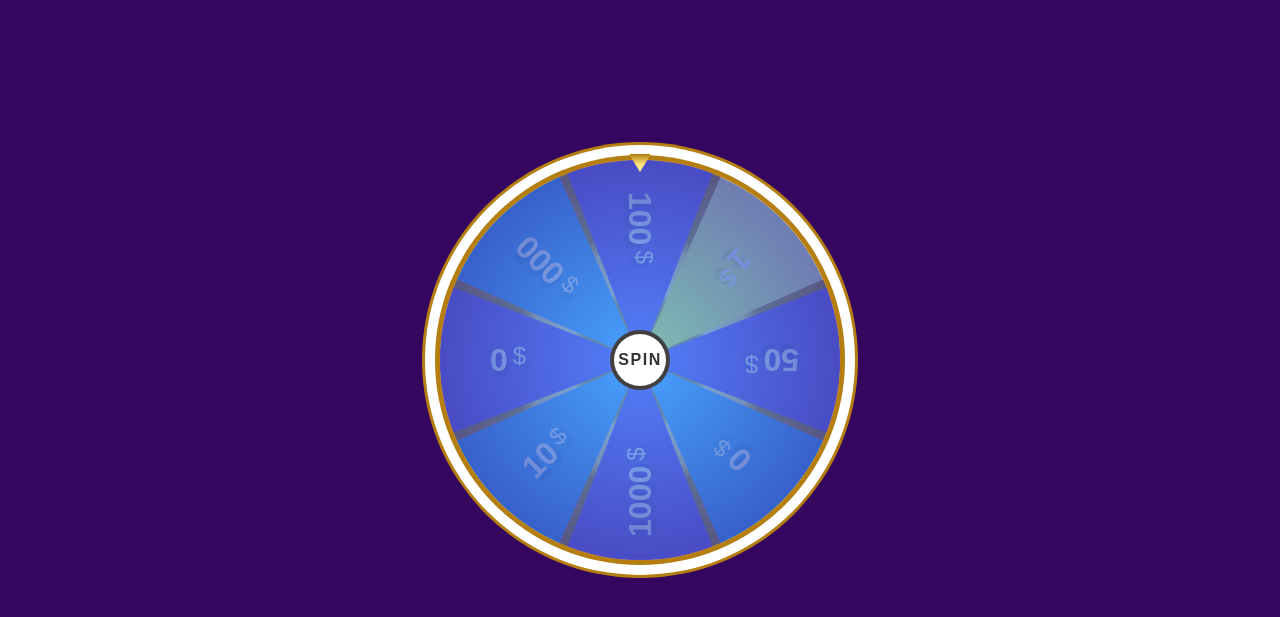
Repository: Jacques-Jaki-Morkel/FundedMarketplace_WheelofFortune
Page: index.html
An editor plug-in stored every save of this project. The page is shown before and after the next save, followed by the edit.
The browser window is 1280 px wide. The pictures show the whole page.

Above is the page before, as saved 2025-08-14 13:21:41.

### index.html
<!DOCTYPE html>
<html lang="en">

<head>
    <meta charset="UTF-8">
    <meta name="viewport" content="width=device-width, initial-scale=1.0">
    <title>Wheel of Fortune - Funded Marketplace</title>
    <link rel="stylesheet" href="styles.css">
</head>

<body>
    <div class="container">
        <div class="spinBtn">
            SPIN
        </div>
        <div class="wheel">
            <span></span>
            <div class="number" style=" --i:1 ;">
                <span>100</span>
            </div>
            <div class="number" style=" --i:2 ;--clr2: linear-gradient(var(--angle), white, yellow);">
                <span>1</span>
            </div>
            <div class="number" style=" --i:3 ;">
                <span>50</span>
            </div>
            <div class="number" style=" --i:4 ;--clr2: linear-gradient(var(--angle), #8b72e7 0%, #48a4ff 7%, #48a4ff 89%,  #3638ad 100%);">
                <span>0</span>
            </div>
            <div class="number" style=" --i:5 ;">
                <span>1000</span>
            </div>
            <div class="number" style=" --i:6 ;--clr2: linear-gradient(var(--angle), #8b72e7 0%, #48a4ff 7%, #48a4ff 89%,  #3638ad 100%);">
                <span>10</span>
            </div>
            <div class="number" style=" --i:7 ;">
                <span>0</span>
            </div>
            <div class="number" style=" --i:8 ;--clr2: linear-gradient(var(--angle), #8b72e7 0%, #48a4ff 7%, #48a4ff 89%,  #3638ad 100%);">
                <span>000</span>
            </div>
        </div>
    <div>
    <script src="script.js"></script>
</body>

</html>

### styles.css
* {
    margin: 0;
    padding: 0;
    box-sizing: border-box;
    font-family: 'Poppins', sans-serif;
}

body {
    display: flex;
    justify-content: center;
    align-items: center;
    min-height: 100vh;
    background: rgb(52, 6, 96);
}

.container {
    position: relative;
    width: 400px;
    height: 400px;
    display: flex;
    justify-content: center;
    align-items: center;
}

.container .spinBtn {
    position: absolute;
    width: 60px;
    height: 60px;
    background: #fff;
    border-radius: 50%;
    z-index: 10;
    display: flex;
    justify-content: center;
    align-items: center;
    text-transform: uppercase;
    font-weight: 600;
    color: #333;
    letter-spacing: 0.1em;
    border: 4px solid rgba(0, 0, 0, 0.75);
    cursor: pointer;
    user-select: none;
}

.container .spinBtn::before {
    content: '';
    position: absolute;
    top: -180px;
    width: 20px;
    transform: rotate(180DEG);
    height: 30px;
    background: linear-gradient(#b57e10  ,#fff3a6 , #f9df7b , #b57e10 );
    clip-path: polygon(50% 40%, -5% 100%, 105% 100%);
}

.container .wheel {
    position: absolute;
    top: 0;
    left: 0;
    width: 100%;
    height: 100%;
    background: radial-gradient(#b57e10 20% ,#fff3a6  25%, #f9df7b 39%, #b57e10 45%);
    border-radius: 50%;
    overflow: hidden;
    box-shadow: 0 0 0 5px #b57e10,
        0 0 0 15px #fff,
        0 0 0 18px #b57e10;

}
/* Gradient overlay rings */
.container .wheel::before,
.container .wheel::after {
    content: "";
    position: absolute;
    inset: 0; /* fills the wheel */
    border-radius: 50%;
    pointer-events: none;
}

.container .wheel::before {
    background: radial-gradient(circle, rgba(181, 126, 16, 0.7) 20%, rgba(255, 243, 166, 0) 25%, rgba(249, 223, 123, 0.7) 39%, rgba(181, 126, 16, 0.7) 45%);
}

.container .wheel::after {
    background: radial-gradient(circle, rgba(72, 164, 255, 0.7) 0%, rgba(45, 51, 166, 0.7) 84%, rgba(72, 164, 255, 0.7) 100%);
}

.container .wheel .number {
    position: absolute;
    width: 50%;
    height: 50%;
    background:var(--clr2, linear-gradient(var(--angle), #8b72e7, #6b2df0));
    --angle: 140deg;
    transform-origin: bottom right;
    transform: rotate(calc(45deg * var(--i)));
    clip-path: polygon(0 0, 56% 0, 100% 100%, 0 56%);
    display: flex;
    justify-content: center;
    align-items: center;
    user-select: none;
    cursor: pointer;
}

.container .wheel .number span {
    position: relative;
    transform: rotate(45deg);
    color: #fff;
    font-size: 2em;
    font-weight: 700;
    text-shadow: 3px 5px 2px rgba(0, 0, 0, 0.15);
}

.container .wheel .number span::after {
    content: '$';
    padding-left: 5px;
    position: absolute;
    font-size: 0.75em;
    font-weight: 500;
}

### script.js
const wheel = document.querySelector('.wheel');
const spinButton = document.querySelector('.spinBtn');
const value = Math.ceil(Math.random() * 360);

spinButton.addEventListener('click', () => {
    const rotations = Math.max(Math.random() * 100, 15); // Ensure at least 15 full rotations
    const randomDegree = Math.floor(Math.random() * (360*rotations)) + 720; // Ensure at least two full rotations
    const finalDegree = value + randomDegree;

    wheel.style.transition = 'transform 5s ease-in-out';
    wheel.style.transform = `rotate(${finalDegree}deg)`;

//     spin styles
//     cubic-bezier(0.33, 1, 0.68, 1)
})

After the next save:
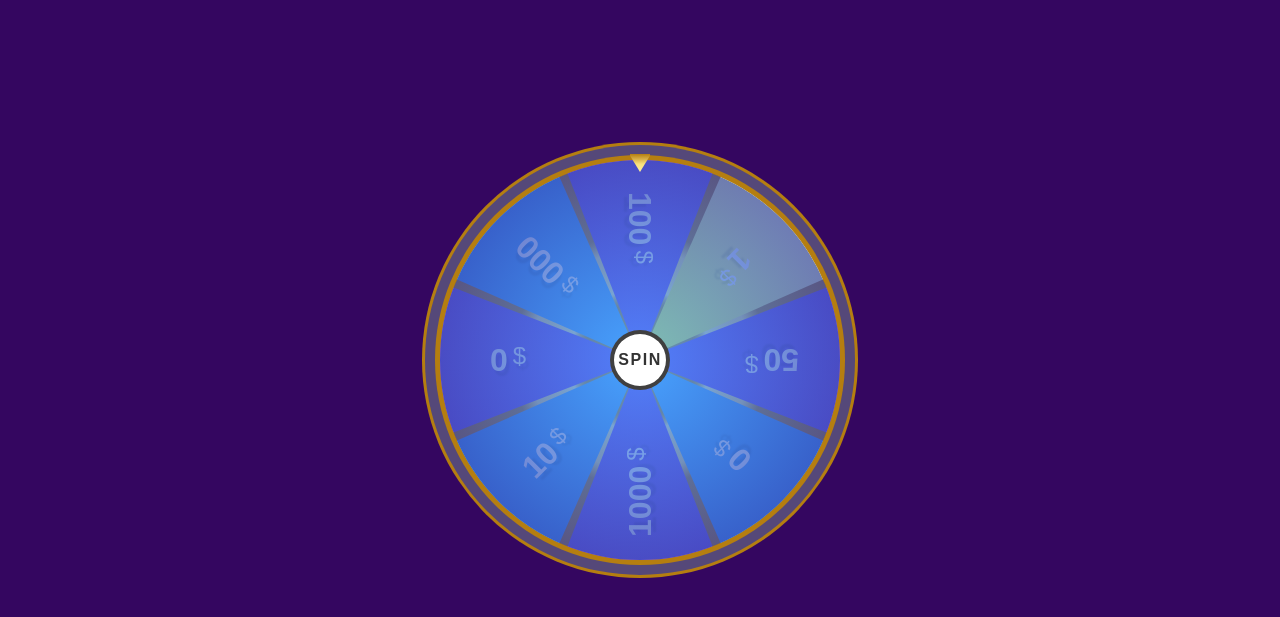
Saved 52 s later.
--- a/styles.css
+++ b/styles.css
@@ -62,7 +62,7 @@ body {
     border-radius: 50%;
     overflow: hidden;
     box-shadow: 0 0 0 5px #b57e10,
-        0 0 0 15px #fff,
+        0 0 0 15px rgba(45, 51, 166, 0.7),
         0 0 0 18px #b57e10;
 
 }
